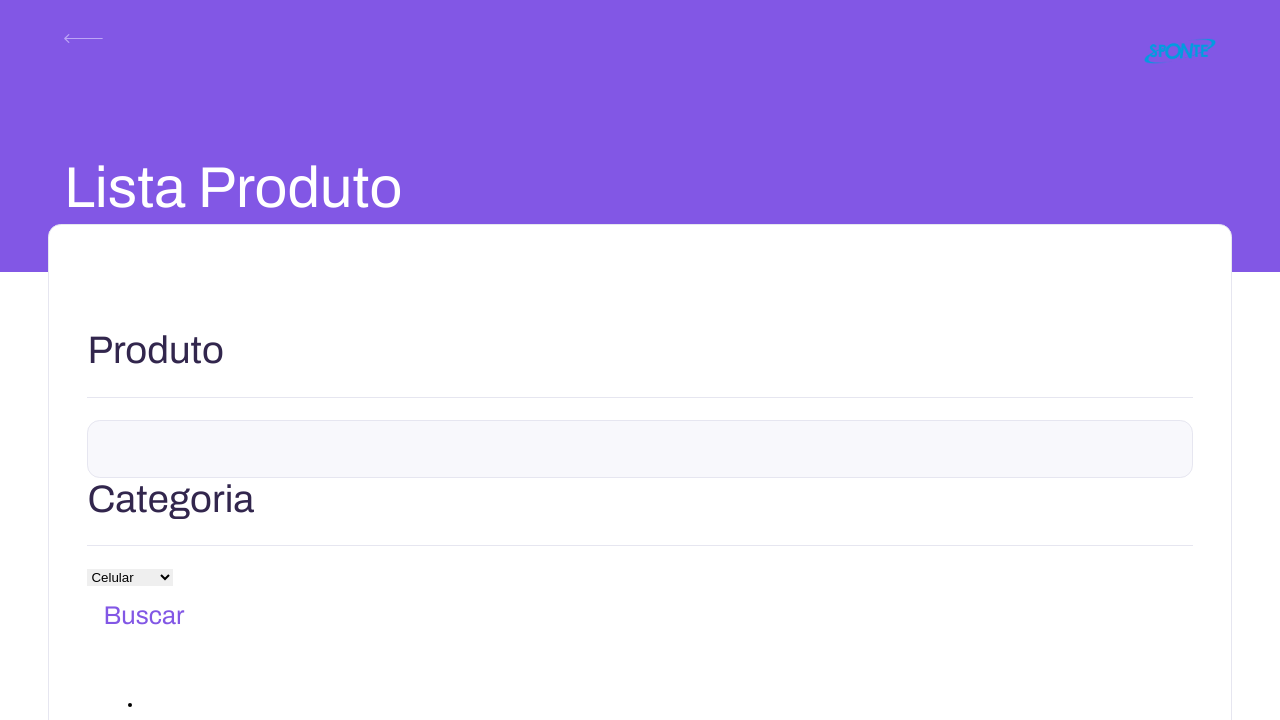
Repository: Henrique-Hoi-Dev/avalia-o-front-end
Page: /list (app in web/)
These files come from the project's save history. The page is drawn as it stood at one moment and after the next save; the edit follows.
The browser window is 1280 px wide. The pictures show the whole page.
An inner scrolling area shows only its first screen. The project was rebuilt for these pictures with package versions that can differ from the ones it lists, and the page was loaded fresh each time. Also part of the build but not shown: web/src/pages/Home/styles.js, web/src/pages/Home/index.js, web/src/pages/RegistrationProduct/styles.js, web/src/components/HeaderRecord/styles.js, web/src/components/HeaderRecord/index.js, web/src/pages/RegistrationProduct/index.js.

Above is the page before, as saved 2020-09-01 20:32:01.

After the next save:
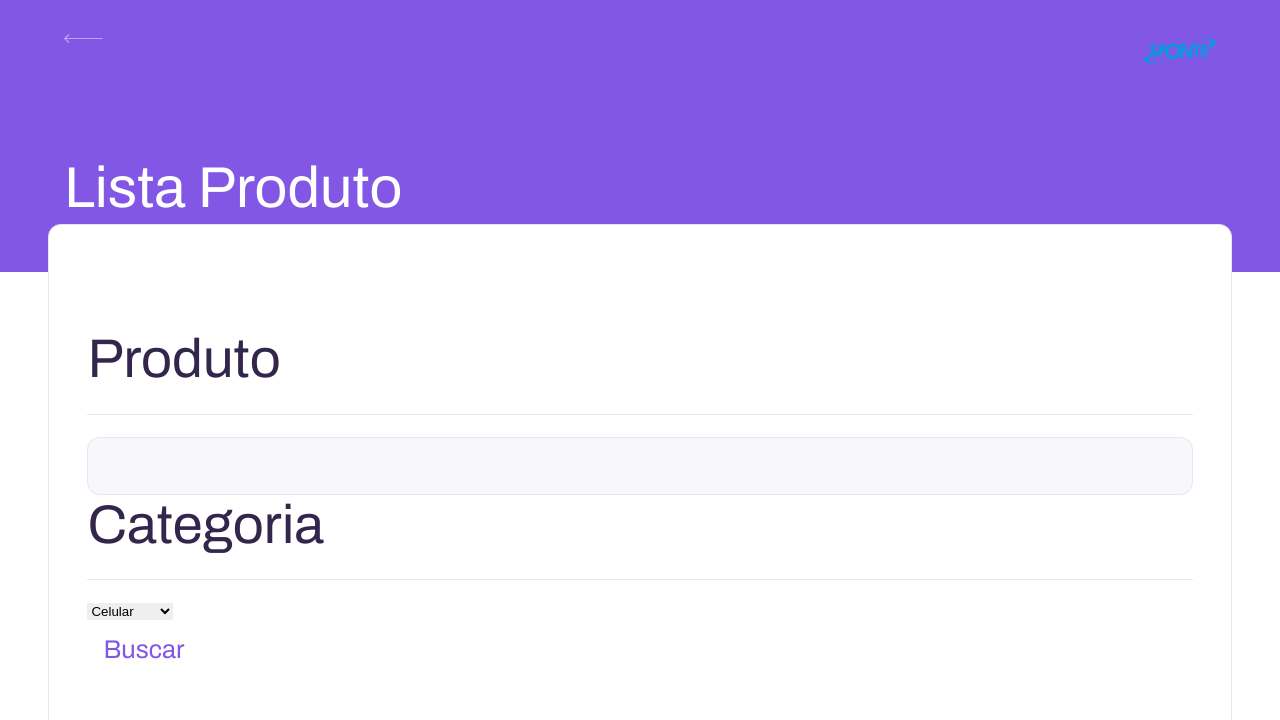
Saved 8 min 45 s later.
--- a/web/src/pages/ListProduct/styles.js
+++ b/web/src/pages/ListProduct/styles.js
@@ -46,7 +46,7 @@
     }
   }
   .header-title label {
-    font: 700 2.4rem Archivo;
+    font: 700 3.4rem Archivo;
     color: var(--color-text-title);
     margin-bottom: 1.4rem;
     display: flex;

After the save that followed:
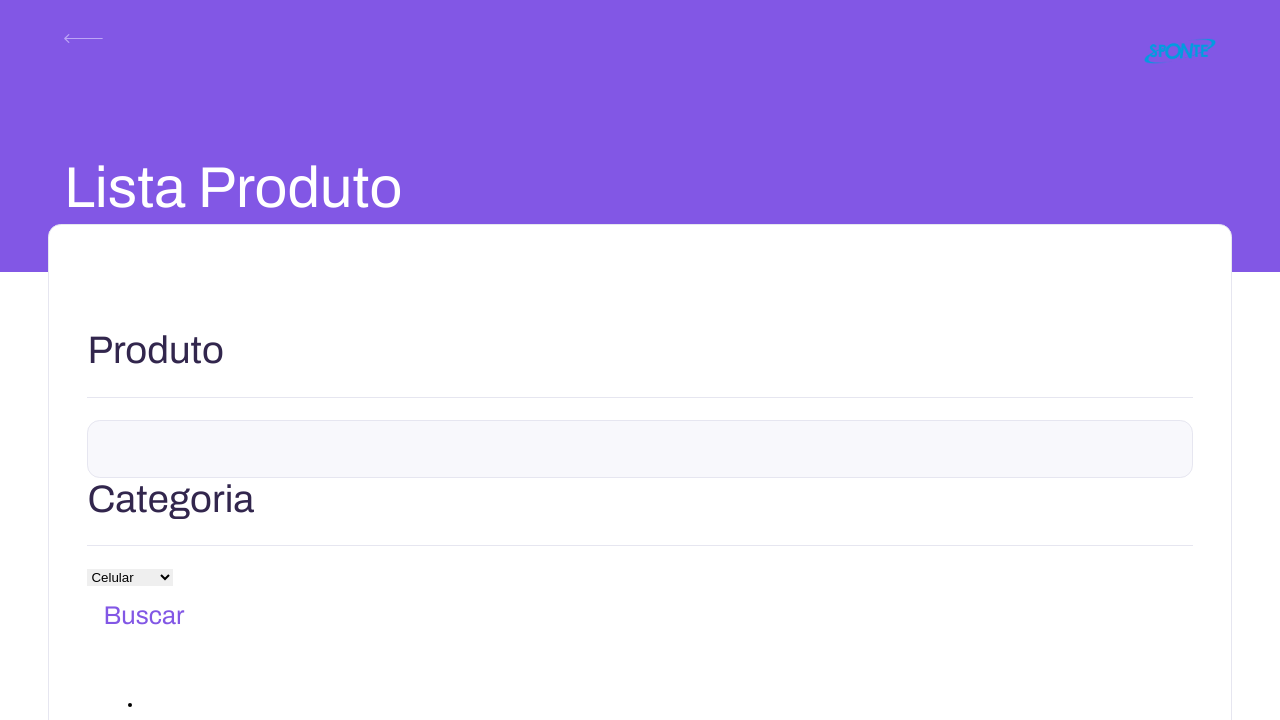
Saved 6 s later.
--- a/web/src/pages/ListProduct/styles.js
+++ b/web/src/pages/ListProduct/styles.js
@@ -46,7 +46,7 @@
     }
   }
   .header-title label {
-    font: 700 3.4rem Archivo;
+    font: 700 2.4rem Archivo;
     color: var(--color-text-title);
     margin-bottom: 1.4rem;
     display: flex;
